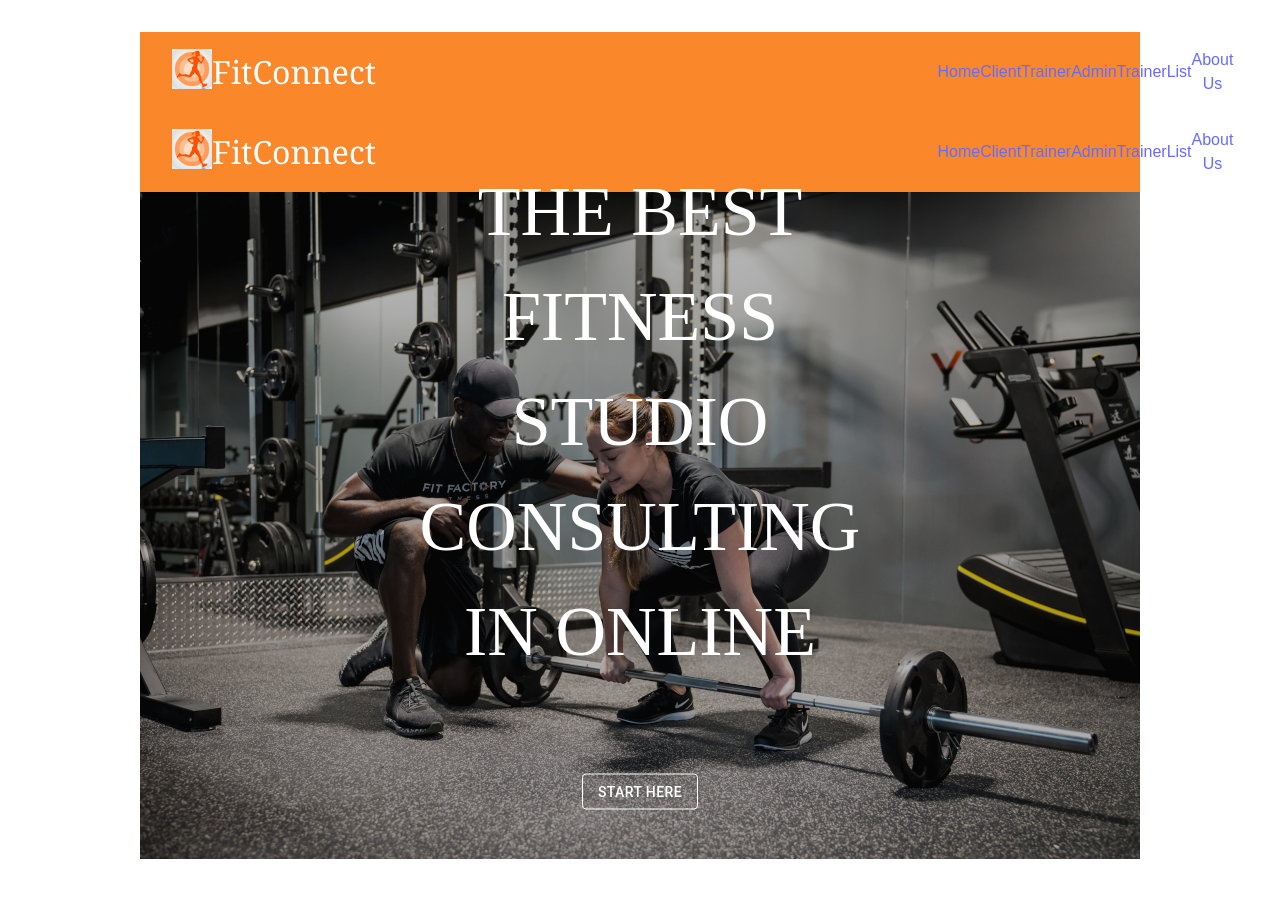
Repository: sarathraj2002/fitconnect
Page: / (app in Frontend/)
The author's editor kept a copy of each file at every save. The page is drawn from the files as they stood at one save, then again after the next save.
The browser window is 1280 px wide. The pictures show the whole page.
The project was rebuilt for these pictures with package versions that can differ from the ones it lists, and the page was loaded fresh each time. Also part of the build but not shown: Frontend/vite.config.js, Frontend/src/components/ClientPage.jsx, Frontend/src/components/TrainerPage.jsx, Frontend/src/components/AdminPage.jsx, Frontend/src/components/TrainerListPage.jsx, Frontend/src/components/AboutUs.jsx.

Above is the page before, as saved 2024-11-08 22:00:00.

### Frontend/index.html
<!doctype html>
<html lang="en">
  <head>
    <meta charset="UTF-8" />
    <link rel="icon" type="image/svg+xml" href="/vite.svg" />
    <meta name="viewport" content="width=device-width, initial-scale=1.0" />
    <title>FitConnect</title>
  </head>
  <body>
    <div id="root"></div>
    <script type="module" src="/src/main.jsx"></script>
  </body>
</html>

### Frontend/src/App.jsx
import React from 'react';
import { useState } from 'react'
import './App.css'
import { Route, Routes } from 'react-router-dom';
import NavBar from './components/NavBar';
import ClientPage from './components/ClientPage';
import TrainerPage from './components/TrainerPage';
import AdminPage from './components/AdminPage';
import TrainerListPage from './components/TrainerListPage';
import AboutUs from './components/AboutUs.jsx';
import Home from './components/Home.jsx';

function App() {
  const [count, setCount] = useState(0)

  return (
    <>


      <NavBar />
      <Routes>
        <Route path="/" element={<Home />}></Route>
        <Route path="/client" element={<ClientPage />}></Route>
        <Route path="/trainer" element={<TrainerPage />} ></Route>
        <Route path="/admin" element={<AdminPage />}></Route>
        <Route path="/trainerlist" element={<TrainerListPage />}></Route>
        <Route path="/about" element={<AboutUs />}></Route>
      </Routes>



    </>
  )
}

export default App

### Frontend/src/components/Navbar.jsx
import React from 'react';
import { Link } from 'react-router-dom';
import './navbar.css';
import { assets } from '../assets/assets';
const Navbar = () => {
  return (
     <nav className="navbar">
    {/* Logo */}
    <div className="navbar-logo">
      <img src={assets.logo} alt="Logo" />
    </div>
    <div className='head'>
      FitConnect
    </div>


        <Link to="/">Home</Link>
        <Link to="/client">Client</Link>
        <Link to="/trainer">Trainer</Link>
        <Link to="/admin">Admin</Link>
        <Link to="/trainerlist">TrainerList</Link>
        <Link to="/about">About Us</Link>

    </nav>
  );
};

export default Navbar;

### Frontend/src/components/Home.jsx
import React from 'react'
import { assets } from '../assets/assets'

import Button from '@mui/material/Button';
import NavBar from './Navbar';
import { Stack } from '@mui/material';
const Home = () => {
  return (

    <>
    <NavBar/>
    <div className='img' style={{ position: 'relative', textAlign: 'center' }}>

    <img
      style={{  width: '100%',filter: 'brightness(70%)' }}
      src={assets.head1}
      alt=""
    />
    <p
      style={{
        position: 'absolute',
        top: '50%',
        left: '50%',
        transform: 'translate(-50%, -50%)',
        color: 'white',
        fontSize: '70px',

        fontFamily:'fantasy'
      }}
    >
      THE BEST FITNESS STUDIO CONSULTING IN ONLINE
      <Stack spacing={2} direction="row" alignItems="center"
      justifyContent="center"
      style={{ height: '30vh' }} >

      <Button variant="outlined" sx={{ color: 'white', borderColor: 'white' }}>START HERE</Button>
    </Stack>

    </p>




    </div>

    </>
  )
}

export default Home;

### Frontend/src/components/Navbar.css
.head{
    font-size:xx-large;
    margin-right: 60%;
    font-family:Georgia, 'Times New Roman', Times, serif;

}
* {
    margin: 0;
    padding: 0;
    box-sizing: border-box;
  }

  body {
    font-family: Arial, sans-serif;
  }

  .navbar {
    display: flex;
    align-items: center;
    justify-content: space-between;
    background-color: #fa8729;
    padding: 1rem 2rem;
    color: white;
    position: relative;
  }

  .navbar-logo img {
    height: 40px; /* Adjust height as needed */
    width: auto;
  }

  .navbar-links {
    list-style: none;
    display: flex;
    gap: 1.5rem;
  }

  .navbar-links li {
    cursor: pointer;
    color: white;
    font-size: 1rem;
    transition: color 0.3s ease;
  }

  .navbar-links li:hover {
    color: #ec7819;
  }

  .navbar-button {
    padding: 0.5rem 1.5rem;
    border: none;
    background-color: #fa8729;
    color: white;
    border-radius: 5px;
    cursor: pointer;
    transition: background-color 0.3s ease;
  }

  .navbar-button:hover {
    background-color: #e76f51;
  }

  /* Hamburger Icon for Mobile */
  .navbar-toggle {
    display: none;
    font-size: 1.5rem;
    color: white;
    cursor: pointer;
  }

  /* Mobile Responsive */
  @media (max-width: 768px) {
    .navbar-links {
      display: none; /* Hide navbar links initially */
      position: absolute;
      top: 60px;
      right: 20px;
      background-color: #333;
      flex-direction: column;
      padding: 1rem;
      gap: 1rem;
      border-radius: 5px;
    }

    .navbar-links.open {
      display: flex; /* Show links when menu is open */
    }

    .navbar-toggle {
      display: block; /* Show hamburger icon on mobile */
    }
  }

### Frontend/src/assets/assets.js
import logo from './logo.png';
import head1 from './head1.png'

export const assets={
    logo,
    head1
};

Loaded but not shown: Frontend/src/main.jsx (common file); Frontend/src/index.css (common file); Frontend/src/App.css (common file)

After the next save:
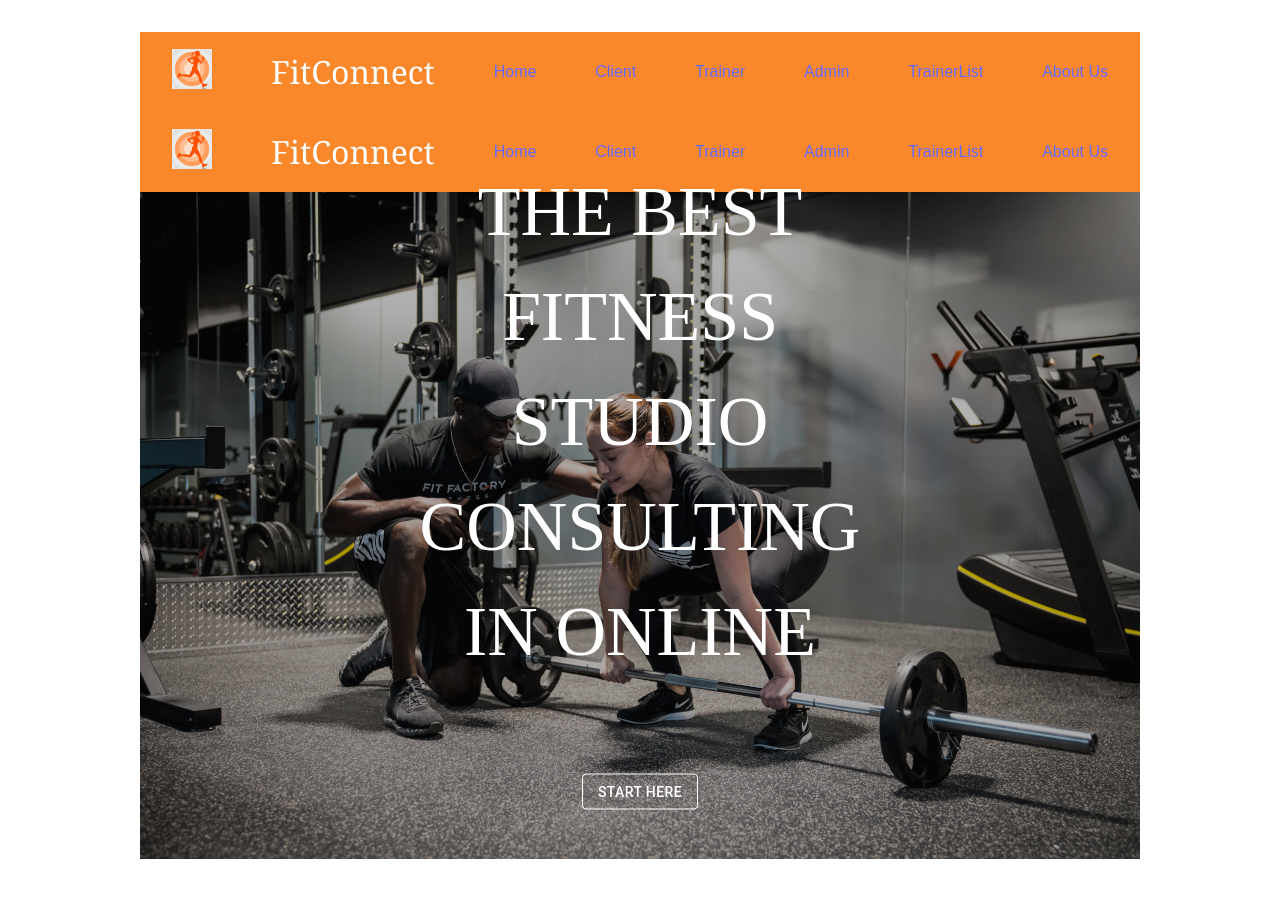
Saved 56 s later.
--- a/Frontend/src/components/Navbar.css
+++ b/Frontend/src/components/Navbar.css
@@ -1,6 +1,6 @@
 .head{
     font-size:xx-large;
-    margin-right: 60%;
+    /* margin-right: 60%; */
     font-family:Georgia, 'Times New Roman', Times, serif;
 
 }

After the save that followed:
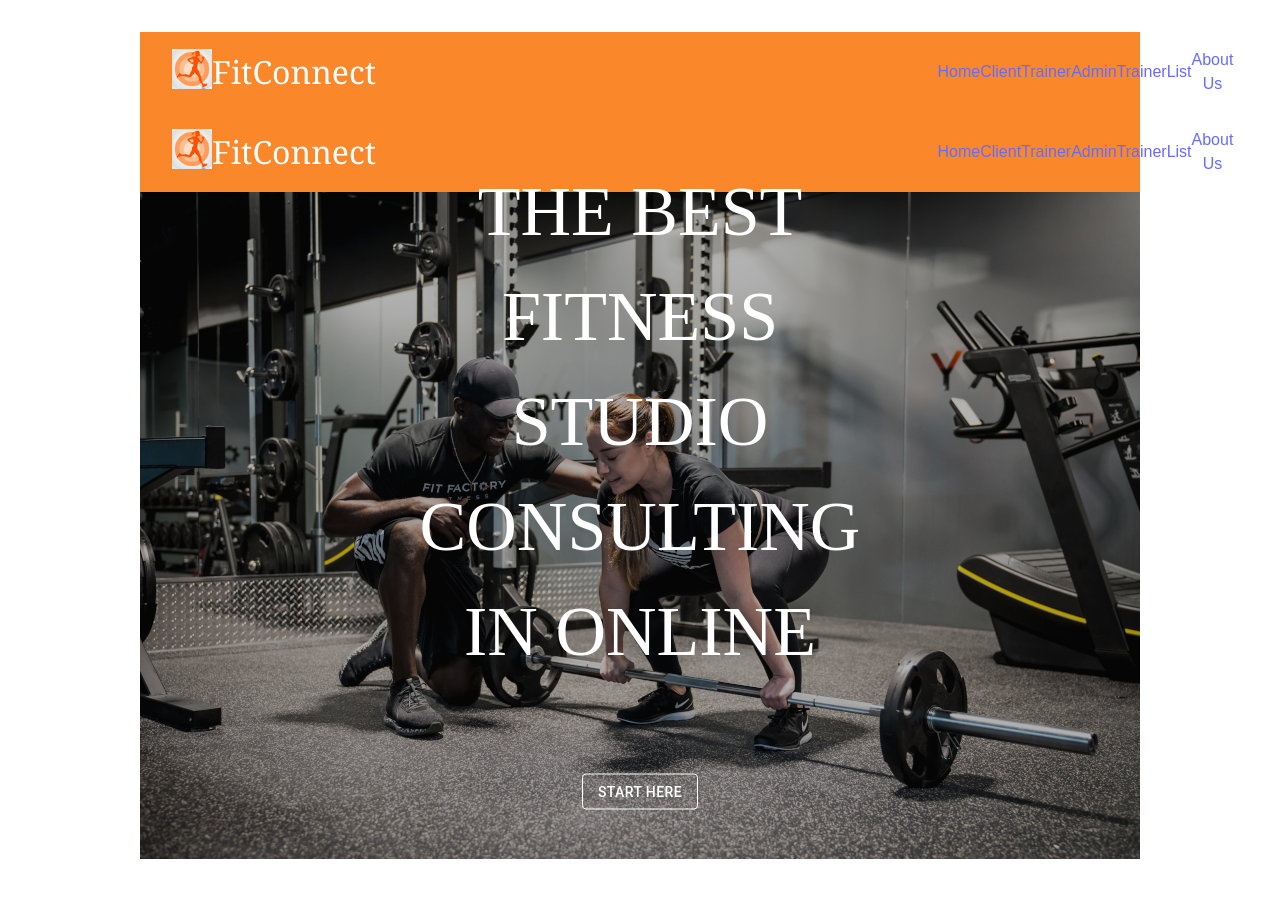
Saved 11 s later.
--- a/Frontend/src/components/Navbar.css
+++ b/Frontend/src/components/Navbar.css
@@ -1,6 +1,6 @@
 .head{
     font-size:xx-large;
-    /* margin-right: 60%; */
+    margin-right: 60%;
     font-family:Georgia, 'Times New Roman', Times, serif;
 
 }
